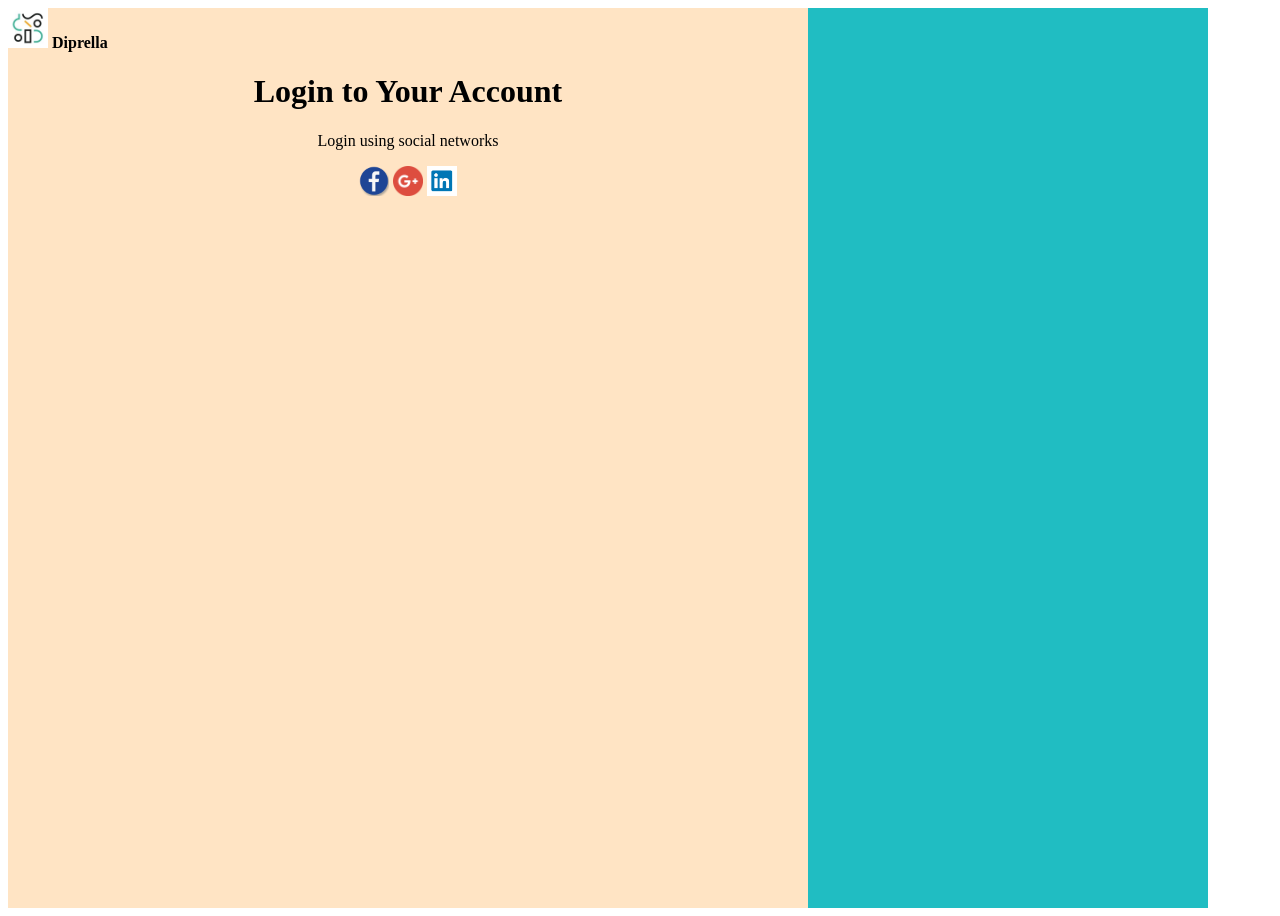
Repository: Tobby004/bdc-assignment-3
Page: task.html
The author's editor kept a copy of each file at every save. The page is drawn from the files as they stood at one save, then again after the next save.
The browser window is 1280 px wide. The pictures show the whole page.

Above is the page before, as saved 2023-02-21 23:17:22.

### task.html
<!DOCTYPE html>
<html lang="en">
<head>
    <meta charset="UTF-8">
    <meta http-equiv="X-UA-Compatible" content="IE=edge">
    <meta name="viewport" content="width=device-width, initial-scale=1.0">
    <title>Document</title>
    <link rel="stylesheet" href="task.css">
</head>
<body>
    <div class="container">
        <div class="box1">
        <header id="logo"><img src="diprella.JPG"height="40px">
        <b>Diprella</b></header>
        <h1>Login to Your Account</h1>
        <p>Login using social networks</p>
        <div class="logo">
        <a href="#"><img src="facebook.png"</a>
        <a href="#"><img src="googe plus.png"</a>
        <a href="#"><img src="linkedin.png"</a>
        </div>
        </div>
        <div class="box2"></div>
    </div>
</body>
</html>

### task.css
* {
    box-sizing: border-box;
}
.container{
    display: flex;
}
.box1 {
    background-color: bisque;
    height: 900px;
    width: 800px;
}
.box2{
    background-color: #20bdc2;
    height: 900px;
    width: 400px;
}
h1 {
    text-align: center;
}
p {
    text-align: center;
}
.logo img {
    height: 30px;
    text-align: center;
}
.logo a {
    text-decoration: none;
}
div .logo {
    text-decoration: none;
    text-align: center;
}

After the next save:
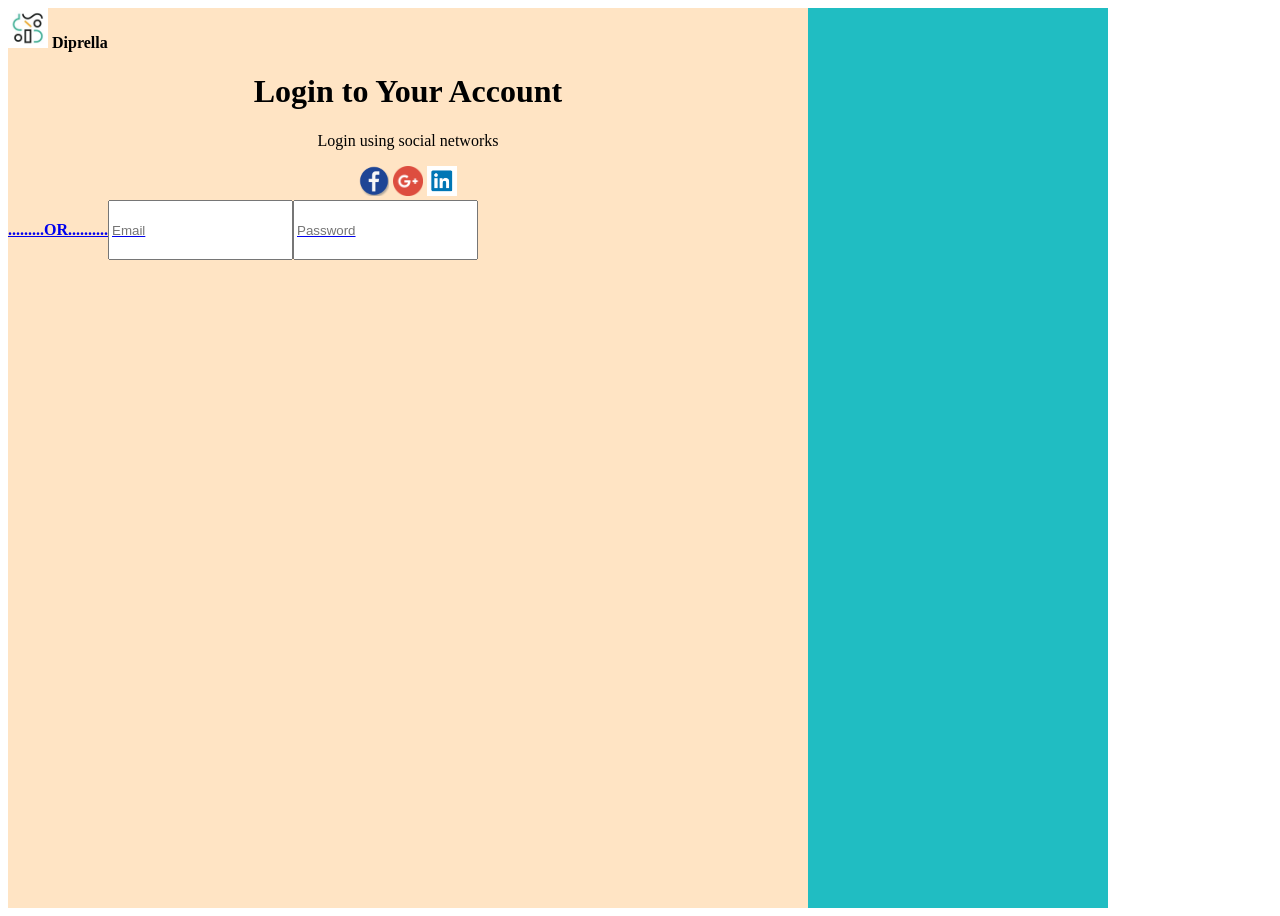
Saved 12 min 56 s later.
--- a/task.html
+++ b/task.html
@@ -19,6 +19,11 @@
         <a href="#"><img src="googe plus.png"</a>
         <a href="#"><img src="linkedin.png"</a>
         </div>
+        <div class="form-input">
+            <h4>.........OR..........</h4>
+            <input type="text" placeholder="Email">
+            <input type="Password" placeholder="Password">
+        </div>
         </div>
         <div class="box2"></div>
     </div>
--- a/task.css
+++ b/task.css
@@ -12,7 +12,7 @@
 .box2{
     background-color: #20bdc2;
     height: 900px;
-    width: 400px;
+    width: 300px;
 }
 h1 {
     text-align: center;
@@ -31,3 +31,8 @@ div .logo {
     text-decoration: none;
     text-align: center;
 }
+h4 {
+    text-align: center;
+}.form-input {
+    display: flex;
+}
